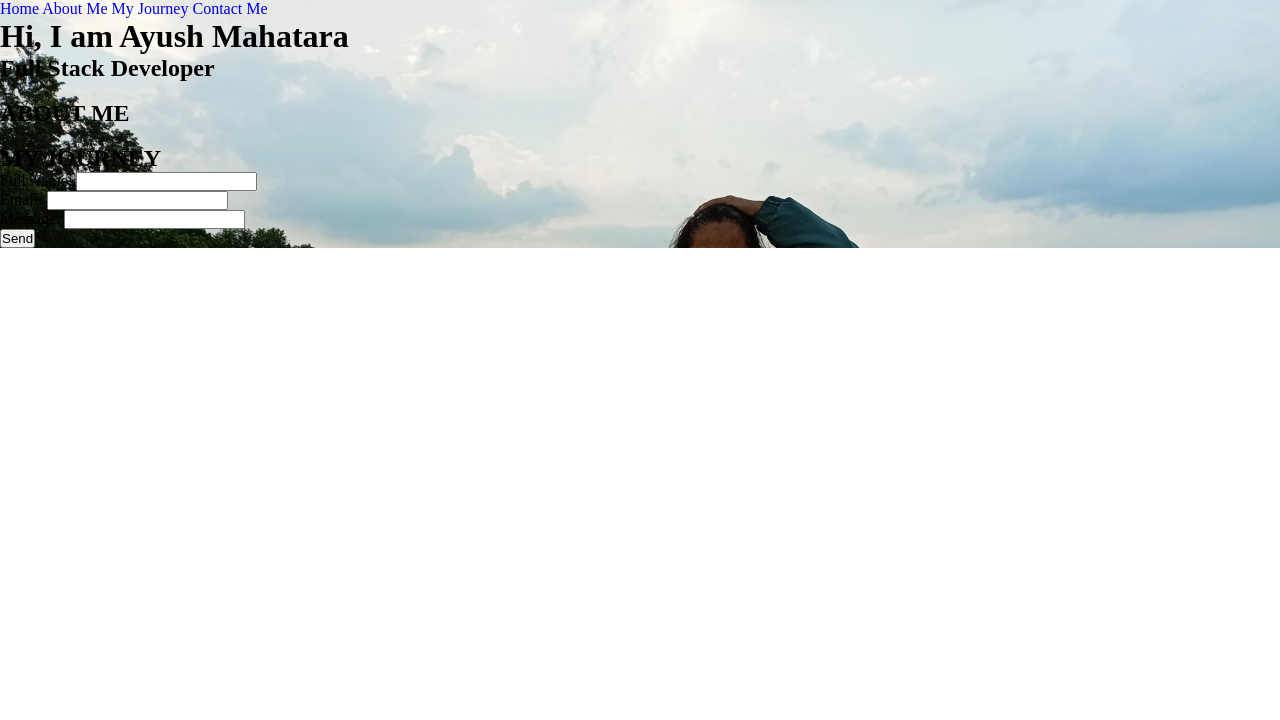
Repository: AyushMahatara/personal-website
Page: New folder/index.html
These files come from the project's save history. The page is drawn as it stood at one moment and after the next save; the edit follows.
The browser window is 1280 px wide. The pictures show the whole page.
Backgrounds fixed to the window are drawn as part of the page.

Above is the page before, as saved 2023-07-19 22:42:48.

After the next save:
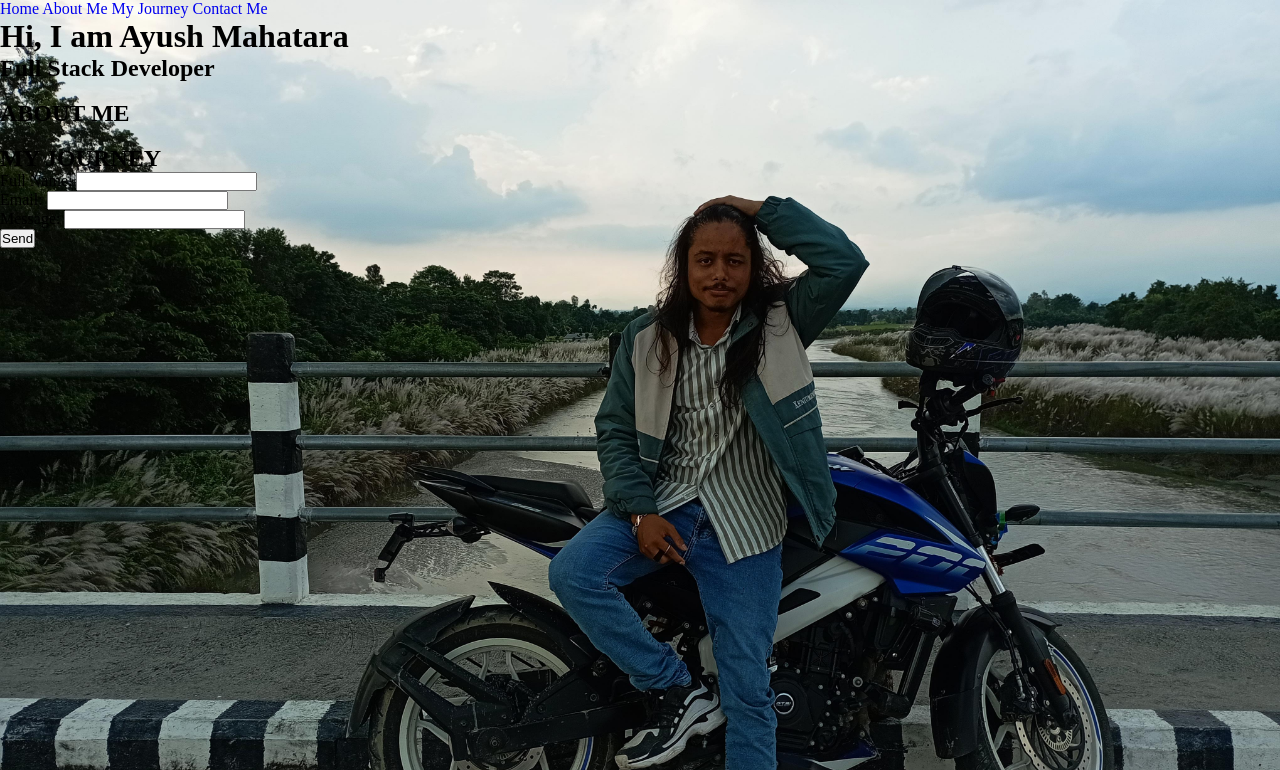
Saved 23 s later.
--- a/New folder/index.html
+++ b/New folder/index.html
@@ -14,8 +14,13 @@
     }
     header {
       background-image: url("/background.jpg");
+      background-size: cover;
+      background-position: top;
+      background-repeat: no-repeat;
+      background-attachment: fixed;
       width: 100%;
-      background-size: cover;
+      height: 107vh;
+      position: relative;
     }
   </style>
   <body>
